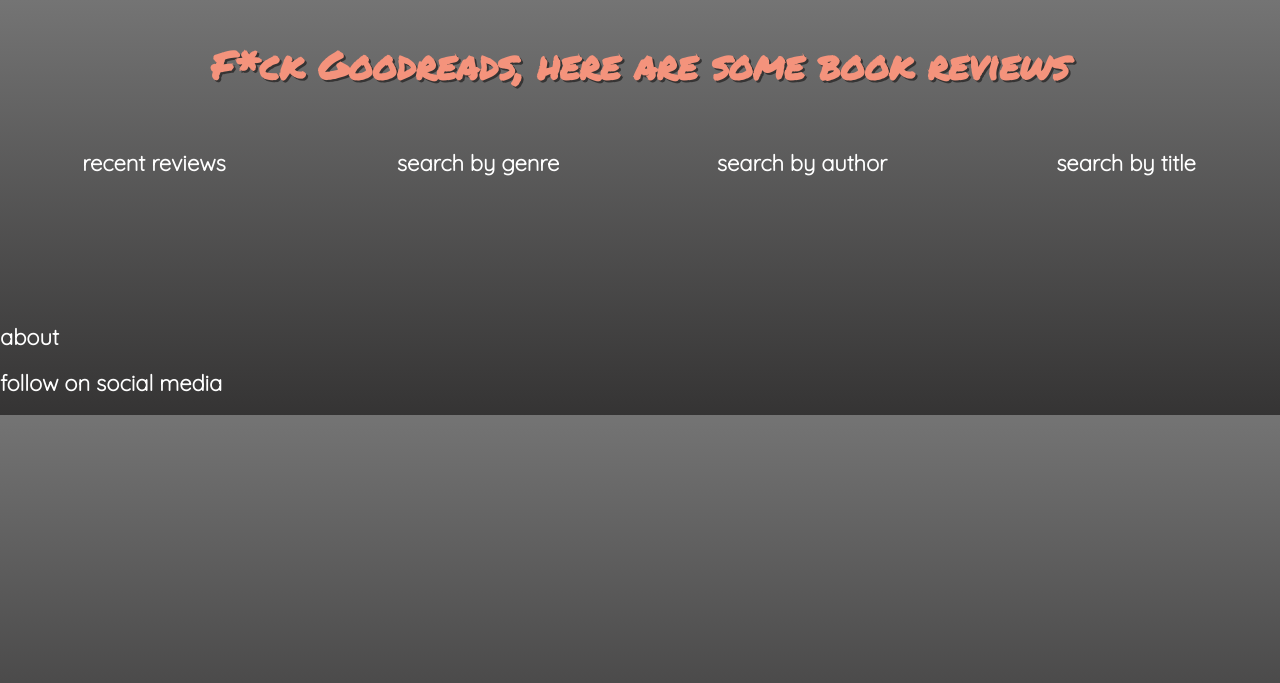
Repository: emnharris/FreeCodeCampChallenges
Page: responsive-web-design/book-reviews/books.html
These files come from the project's save history. The page is drawn as it stood at one moment and after the next save; the edit follows.
The browser window is 1280 px wide. The pictures show the whole page.

Above is the page before, as saved 2020-04-18 13:53:04.

After the next save:
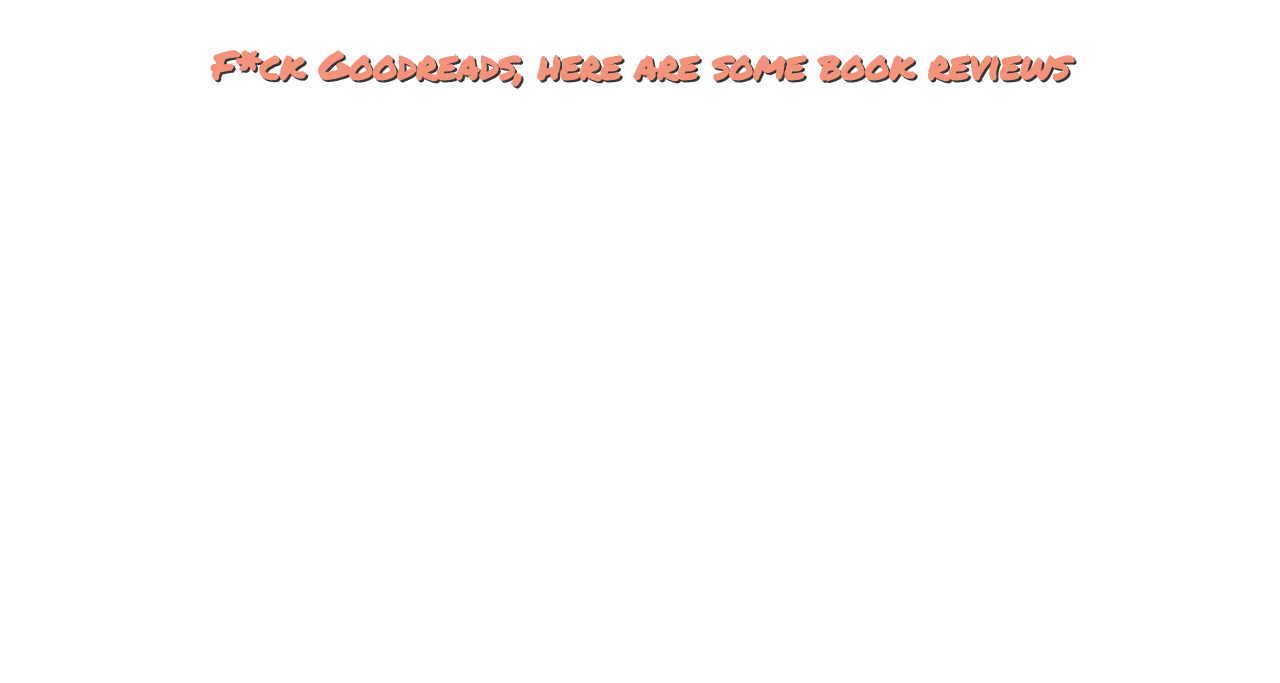
Saved 31 s later.
--- a/responsive-web-design/book-reviews/books.css
+++ b/responsive-web-design/book-reviews/books.css
@@ -20,7 +20,7 @@
 
 body {
     margin: 0px;
-    background: linear-gradient(180deg, #747474, rgb(53, 52, 52));
+    /* background: linear-gradient(180deg, #747474, rgb(53, 52, 52)); */
 
 }
 h2 {

After the save that followed:
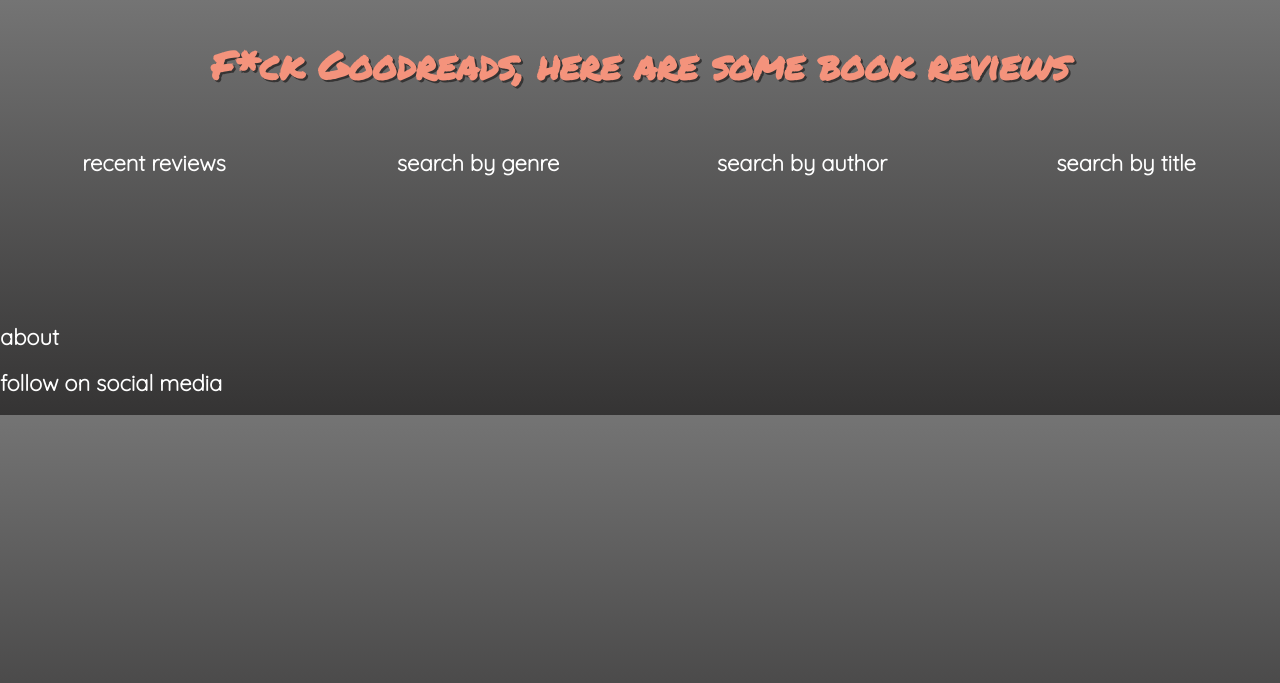
Saved 11 s later.
--- a/responsive-web-design/book-reviews/books.css
+++ b/responsive-web-design/book-reviews/books.css
@@ -20,7 +20,7 @@
 
 body {
     margin: 0px;
-    /* background: linear-gradient(180deg, #747474, rgb(53, 52, 52)); */
+    background: linear-gradient(180deg, #747474, rgb(53, 52, 52));
 
 }
 h2 {
